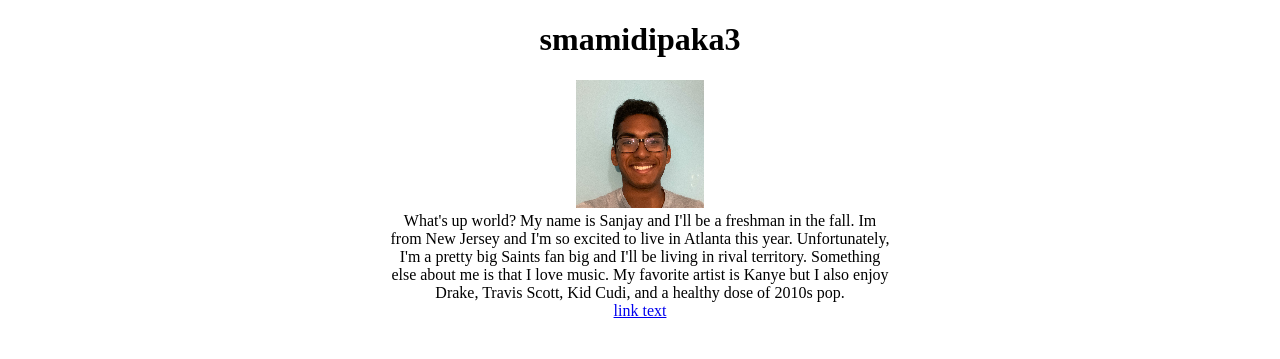
Repository: sanjayMamidipaka/cs1301
Page: lab01/index.html
The author's editor kept a copy of each file at every save. The page is drawn from the files as they stood at one save, then again after the next save.
The browser window is 1280 px wide. The pictures show the whole page.

Above is the page before, as saved 2021-07-22 16:04:19.

After the next save:
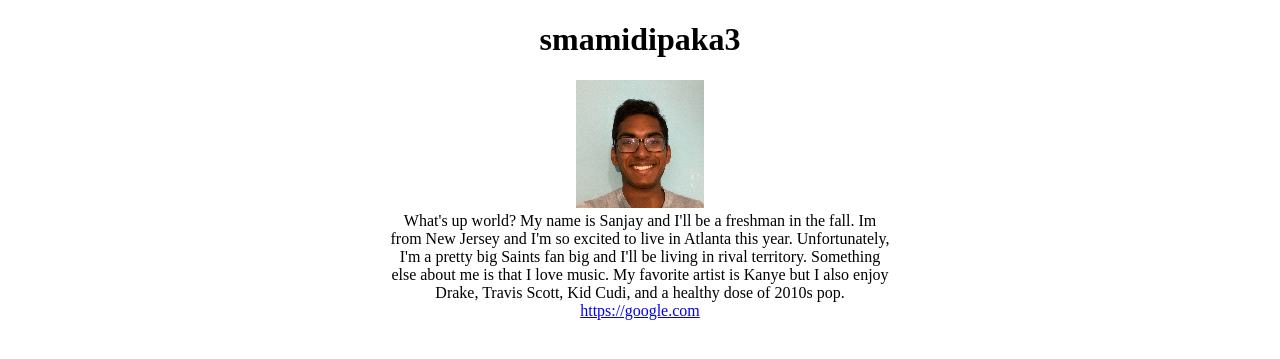
Saved 8 s later.
--- a/lab01/index.html
+++ b/lab01/index.html
@@ -14,5 +14,5 @@
         I also enjoy Drake, Travis Scott, Kid Cudi, and a healthy dose of 2010s pop.
     </p>
 
-    <a href="url">link text</a>
+    <a href="url">https://google.com</a>
   </div>
